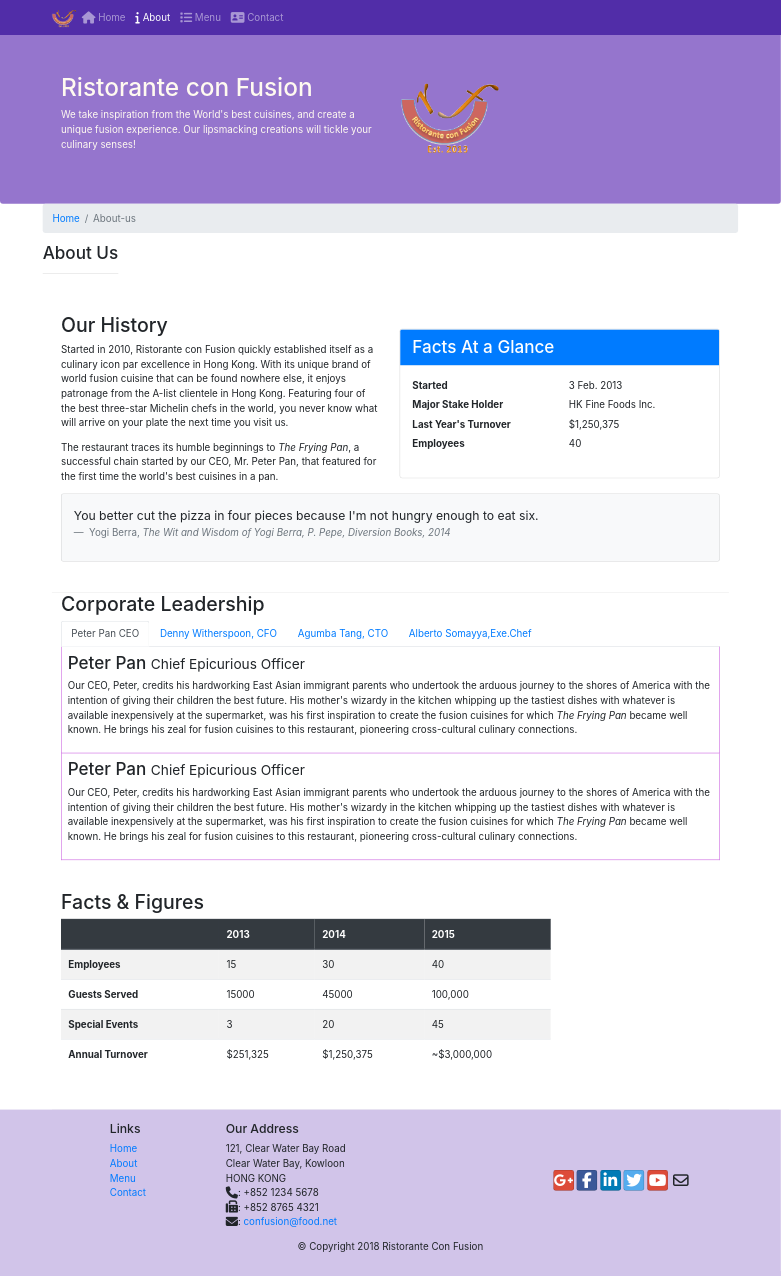
Repository: Samkiroko/Boostrap_intro
Page: about-us.html
The author's editor kept a copy of each file at every save. The page is drawn from the files as they stood at one save, then again after the next save.
The browser window is 1280 px wide. The pictures show the whole page, at 61% of full size.
Some web libraries are served in a nearby version.

Above is the page before, as saved 2020-02-05 11:16:02.

### about-us.html
<!DOCTYPE html>
<html lang="en">
  <head>
    <!-- Required meta tags -->
    <meta charset="utf-8" />
    <meta
      name="viewport"
      content="width=device-width, initial-scale=1, shrink-to-fit=no"
    />

    <!-- Bootstrap CSS -->
    <link
      rel="stylesheet"
      href="https://stackpath.bootstrapcdn.com/bootstrap/4.4.1/css/bootstrap.min.css"
      integrity="sha384-Vkoo8x4CGsO3+Hhxv8T/Q5PaXtkKtu6ug5TOeNV6gBiFeWPGFN9MuhOf23Q9Ifjh"
      crossorigin="anonymous"
    />
    <link rel="stylesheet" href="css/bootstrap-social.css" />
    <link
      rel="stylesheet"
      href="node_modules/font-awesome/css/font-awesome.min.css"
    />
    <link
      rel="stylesheet"
      href="node_modules/bootstrap-social/bootstrap-social.css"
    />
    <link rel="stylesheet" href="css/style.css" />
    <title>Ristorante Con Fusion</title>
  </head>

  <body>
    <nav class="navbar navbar-dark navbar-expand-sm  fixed-top">
      <div class="container">
        <button
          class="navbar-toggler"
          type="button"
          data-toggle="collapse"
          data-target="#Navbar"
        >
          <span class="navbar-toggler-icon"></span>
        </button>
        <a href="#" class="navbar-brand mr-auto"
          ><img src="img/logo.png" height="30" width="41" alt=""
        /></a>
        <div class="collapse navbar-collapse" id="Navbar">
          <ul class="navbar-nav mr-auto">
            <li class="nav-item">
              <a class="nav-link" href="./index.html"
                ><span class="fa fa-home fa-lg"></span> Home</a
              >
            </li>
            <li class="nav-item active">
              <a class="nav-link" href="#"
                ><span class="fa fa-info fa-lg"></span> About</a
              >
            </li>
            <li class="nav-item">
              <a class="nav-link" href="#"
                ><span class="fa fa-list fa-lg"></span> Menu</a
              >
            </li>
            <li class="nav-item">
              <a class="nav-link" href="/contactus.html"
                ><span class="fa fa-address-card fa-lg"></span> Contact</a
              >
            </li>
          </ul>
        </div>
      </div>
    </nav>
    <header class="jumbotron">
      <div class="container">
        <div class="row row-header">
          <div class="col-12 col-sm-6">
            <h1>Ristorante con Fusion</h1>
            <p>
              We take inspiration from the World's best cuisines, and create a
              unique fusion experience. Our lipsmacking creations will tickle
              your culinary senses!
            </p>
          </div>
          <div class="col-12 col-sm align-self-center">
            <img src="img/logo.png" alt="Ristorante logo" class="img-fluid" />
          </div>
        </div>
      </div>
    </header>

    <div class="container">
      <div class="row">
        <ol class="col-12 breadcrumb">
          <li class="breadcrumb-item"><a href="/index.html">Home</a></li>
          <li class="breadcrumb-item active">About-us</li>
        </ol>
        <div>
          <h3>About Us</h3>
          <hr />
        </div>
      </div>

      <div class="row row-content align-items-center">
        <div class="col-12 col-sm-6">
          <h2>Our History</h2>
          <p>
            Started in 2010, Ristorante con Fusion quickly established itself as
            a culinary icon par excellence in Hong Kong. With its unique brand
            of world fusion cuisine that can be found nowhere else, it enjoys
            patronage from the A-list clientele in Hong Kong. Featuring four of
            the best three-star Michelin chefs in the world, you never know what
            will arrive on your plate the next time you visit us.
          </p>
          <p>
            The restaurant traces its humble beginnings to
            <em>The Frying Pan</em>, a successful chain started by our CEO, Mr.
            Peter Pan, that featured for the first time the world's best
            cuisines in a pan.
          </p>
        </div>
        <div class="col-12 col-sm-6">
          <div class="card">
            <h3 class="card-header bg-primary text-white">Facts At a Glance</h3>
            <div class="card-body">
              <dl class="row">
                <dt class="col-6">Started</dt>
                <dd class="col-6">3 Feb. 2013</dd>
                <dt class="col-6">Major Stake Holder</dt>
                <dd class="col-6">HK Fine Foods Inc.</dd>
                <dt class="col-6">Last Year's Turnover</dt>
                <dd class="col-6">$1,250,375</dd>
                <dt class="col-6">Employees</dt>
                <dd class="col-6">40</dd>
              </dl>
            </div>
          </div>
        </div>
        <div class="col-12">
          <div class="card card-body bg-light">
            <blockquote class="blockquote">
              <p class="mb-0">
                You better cut the pizza in four pieces because I'm not hungry
                enough to eat six.
              </p>
              <footer class="blockquote-footer">
                Yogi Berra,
                <cite title="Source Title"
                  >The Wit and Wisdom of Yogi Berra, P. Pepe, Diversion Books,
                  2014</cite
                >
              </footer>
            </blockquote>
          </div>
        </div>
      </div>

      <div class="col">
        <div>
          <h2>Corporate Leadership</h2>
          <ul class="nav nav-tabs">
            <li class="nav-item">
              <a
                href="#peter"
                class="nav-link active"
                role="tab"
                data-toggle="tab"
              >
                Peter Pan CEO
              </a>
            </li>
            <li class="nav-item">
              <a href="#danny" class="nav-link" role="tab" data-toggle="tab">
                Denny Witherspoon, CFO
              </a>
            </li>
            <li class="nav-item">
              <a href="#agumba" class="nav-link " role="tab" data-toggle="tab">
                Agumba Tang, CTO
              </a>
            </li>
            <li class="nav-item">
              <a href="#alberto" class="nav-link " role="tab" data-toggle="tab">
                Alberto Somayya,Exe.Chef
              </a>
            </li>
          </ul>
          <div class="tab-content">
            <div role="tabpanel" class="tab-pane fade show active" id="peter">
              <h3>Peter Pan <small>Chief Epicurious Officer</small></h3>
              <p class="d-none d-sm-block">
                Our CEO, Peter, credits his hardworking East Asian immigrant
                parents who undertook the arduous journey to the shores of
                America with the intention of giving their children the best
                future. His mother's wizardy in the kitchen whipping up the
                tastiest dishes with whatever is available inexpensively at the
                supermarket, was his first inspiration to create the fusion
                cuisines for which
                <em>The Frying Pan</em> became well known. He brings his zeal
                for fusion cuisines to this restaurant, pioneering
                cross-cultural culinary connections.
              </p>
            </div>
            <div role="tabpanel" class="tab-pane fade show " id="danny">
              <h3>
                Dhanasekaran Witherspoon <small>Chief Food Officer</small>
              </h3>
              <p class="d-none d-sm-block">
                Our CFO, Danny, as he is affectionately referred to by his
                colleagues, comes from a long established family tradition in
                farming and produce. His experiences growing up on a farm in the
                Australian outback gave him great appreciation for varieties of
                food sources. As he puts it in his own words,
                <em
                  >Everything that runs, wins, and everything that stays,
                  pays!</em
                >
              </p>
            </div>
            <div role="tabpanel" class="tab-pane fade show " id="agumba">
              <h3>Agumbe Tang <small>Chief Taste Officer</small></h3>
              <p class="d-none d-sm-block">
                Blessed with the most discerning gustatory sense, Agumbe, our
                CTO, personally ensures that every dish that we serve meets his
                exacting tastes. Our chefs dread the tongue lashing that ensues
                if their dish does not meet his exacting standards. He lives by
                his motto,
                <em>You click only if you survive my lick.</em>
              </p>
            </div>
            <div role="tabpanel" class="tab-pane fade show " id="alberto">
              <h3>Alberto Somayya <small>Executive Chef</small></h3>
              <p class="d-none d-sm-block">
                Award winning three-star Michelin chef with wide International
                experience having worked closely with whos-who in the culinary
                world, he specializes in creating mouthwatering Indo-Italian
                fusion experiences. He says,
                <em
                  >Put together the cuisines from the two craziest cultures, and
                  you get a winning hit! Amma Mia!</em
                >
              </p>
            </div>
          </div>
          <div class="tab-content">
            <div role="tabpanel" class="tab-pane fade show active" id="peter">
              <h3>Peter Pan <small>Chief Epicurious Officer</small></h3>
              <p class="d-none d-sm-block">
                Our CEO, Peter, credits his hardworking East Asian immigrant
                parents who undertook the arduous journey to the shores of
                America with the intention of giving their children the best
                future. His mother's wizardy in the kitchen whipping up the
                tastiest dishes with whatever is available inexpensively at the
                supermarket, was his first inspiration to create the fusion
                cuisines for which
                <em>The Frying Pan</em> became well known. He brings his zeal
                for fusion cuisines to this restaurant, pioneering
                cross-cultural culinary connections.
              </p>
            </div>
            <div role="tabpanel" class="tab-pane fade show " id="danny">
              <h3>
                Dhanasekaran Witherspoon <small>Chief Food Officer</small>
              </h3>
              <p class="d-none d-sm-block">
                Our CFO, Danny, as he is affectionately referred to by his
                colleagues, comes from a long established family tradition in
                farming and produce. His experiences growing up on a farm in the
                Australian outback gave him great appreciation for varieties of
                food sources. As he puts it in his own words,
                <em
                  >Everything that runs, wins, and everything that stays,
                  pays!</em
                >
              </p>
            </div>
            <div role="tabpanel" class="tab-pane fade show " id="agumba">
              <h3>Agumbe Tang <small>Chief Taste Officer</small></h3>
              <p class="d-none d-sm-block">
                Blessed with the most discerning gustatory sense, Agumbe, our
                CTO, personally ensures that every dish that we serve meets his
                exacting tastes. Our chefs dread the tongue lashing that ensues
                if their dish does not meet his exacting standards. He lives by
                his motto,
                <em>You click only if you survive my lick.</em>
              </p>
            </div>
            <div role="tabpanel" class="tab-pane fade show " id="alberto">
              <h3>Alberto Somayya <small>Executive Chef</small></h3>
              <p class="d-none d-sm-block">
                Award winning three-star Michelin chef with wide International
                experience having worked closely with whos-who in the culinary
                world, he specializes in creating mouthwatering Indo-Italian
                fusion experiences. He says,
                <em
                  >Put together the cuisines from the two craziest cultures, and
                  you get a winning hit! Amma Mia!</em
                >
              </p>
            </div>
          </div>
        </div>
      </div>
      <div class="row row-content">
        <div class="col-12 col-sm-9">
          <h2>Facts &amp; Figures</h2>
          <div class="table-responsive">
            <table class="table table-striped">
              <thead class="thead-dark">
                <tr>
                  <th>&nbsp;</th>
                  <th>2013</th>
                  <th>2014</th>
                  <th>2015</th>
                </tr>
              </thead>
              <tbody>
                <tr>
                  <th>Employees</th>
                  <td>15</td>
                  <td>30</td>
                  <td>40</td>
                </tr>
                <tr>
                  <th>Guests Served</th>
                  <td>15000</td>
                  <td>45000</td>
                  <td>100,000</td>
                </tr>
                <tr>
                  <th>Special Events</th>
                  <td>3</td>
                  <td>20</td>
                  <td>45</td>
                </tr>
                <tr>
                  <th>Annual Turnover</th>
                  <td>$251,325</td>
                  <td>$1,250,375</td>
                  <td>~$3,000,000</td>
                </tr>
              </tbody>
            </table>
          </div>
        </div>
        <div class="col-12 colsm3"></div>
      </div>
    </div>

    <footer class="footer">
      <div class="container">
        <div class="row">
          <div class="col-4 offset-1 col-sm-2">
            <h5>Links</h5>
            <ul class="list-unstyled">
              <li><a href="/index.html">Home</a></li>
              <li><a href="/about-us.html">About</a></li>
              <li><a href="#">Menu</a></li>
              <li><a href="#">Contact</a></li>
            </ul>
          </div>
          <div class="col-7 col-sm-5">
            <h5>Our Address</h5>
            <address>
              121, Clear Water Bay Road<br />
              Clear Water Bay, Kowloon<br />
              HONG KONG<br />
              <i class="fa fa-phone fa-lg"></i>: +852 1234 5678<br />
              <i class="fa fa-fax fa-lg"></i>: +852 8765 4321<br />
              <i class="fa fa-envelope fa-lg"></i>:
              <a href="mailto:confusion@food.net">confusion@food.net</a>
            </address>
          </div>
          <div class="col-12 col-sm-4 align-self-center">
            <div class="text-center">
              <div class="text-center">
                <a
                  class="btn btn-social-icon btn-google"
                  href="http://google.com/+"
                  ><i class="fa fa-google-plus"></i
                ></a>
                <a
                  class="btn btn-social-icon btn-facebook"
                  href="http://www.facebook.com/profile.php?id="
                  ><i class="fa fa-facebook"></i
                ></a>
                <a
                  class="btn btn-social-icon btn-linkedin"
                  href="http://www.linkedin.com/in/"
                  ><i class="fa fa-linkedin"></i
                ></a>
                <a
                  class="btn btn-social-icon btn-twitter"
                  href="http://twitter.com/"
                  ><i class="fa fa-twitter"></i
                ></a>
                <a
                  class="btn btn-social-icon btn-google"
                  href="http://youtube.com/"
                  ><i class="fa fa-youtube"></i
                ></a>
                <a class="btn btn-social-icon" href="mailto:"
                  ><i class="fa fa-envelope-o"></i
                ></a>
              </div>
            </div>
          </div>
        </div>
        <div class="row justify-content-center">
          <div class="col-auto">
            <p>© Copyright 2018 Ristorante Con Fusion</p>
          </div>
        </div>
      </div>
    </footer>
    <!-- Optional JavaScript -->
    <!-- jQuery first, then Popper.js, then Bootstrap JS -->
    <script
      src="https://code.jquery.com/jquery-3.4.1.slim.min.js"
      integrity="sha384-J6qa4849blE2+poT4WnyKhv5vZF5SrPo0iEjwBvKU7imGFAV0wwj1yYfoRSJoZ+n"
      crossorigin="anonymous"
    ></script>
    <script
      src="https://cdn.jsdelivr.net/npm/popper.js@1.16.0/dist/umd/popper.min.js"
      integrity="sha384-Q6E9RHvbIyZFJoft+2mJbHaEWldlvI9IOYy5n3zV9zzTtmI3UksdQRVvoxMfooAo"
      crossorigin="anonymous"
    ></script>
    <script
      src="https://stackpath.bootstrapcdn.com/bootstrap/4.4.1/js/bootstrap.min.js"
      integrity="sha384-wfSDF2E50Y2D1uUdj0O3uMBJnjuUD4Ih7YwaYd1iqfktj0Uod8GCExl3Og8ifwB6"
      crossorigin="anonymous"
    ></script>
  </body>
</html>

### css/style.css
body {
  padding: 50px 0px 0px 0px;
  z-index: 0;
}

.navbar-dark {
  background-color: #512da8;
}

.tab-content {
  border-left: 1px solid #ce6be2;
  border-right: 1px solid #ce6be2;
  border-bottom: 1px solid #ce6be2;
  padding: 10px;
}

.row-header {
  margin: 0px auto;
  padding: 0px auto;
}

.row-content {
  margin: 0px auto;
  padding: 50px 0px 50px 0px;
  border-bottom: 1px ridge;
  min-height: 400px;
}
.footer {
  background-color: #d1c4e9;
  margin: 0px auto;
  padding: 20px 0px 20px 0px;
}
.jumbotron {
  padding: 70px 30px 70px 30px;
  margin: 0px auto;
  background-color: #9575cd;
  color: floralwhite;
}
.address {
  font-size: 80%;
  margin: 0px;
  color: #0f0f0f;
}

Loaded but not shown: css/bootstrap-social.css (library)

After the next save:
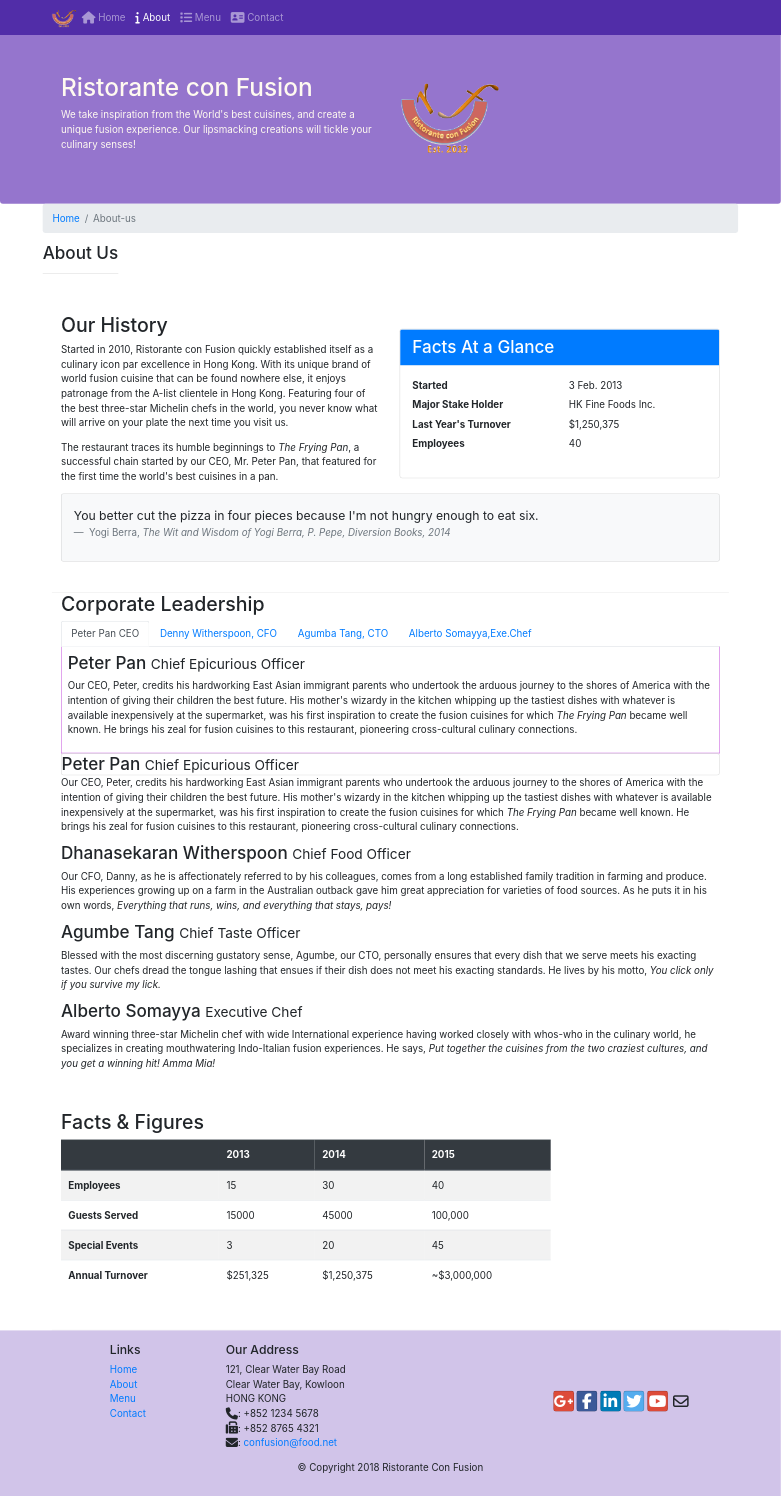
Saved 8 min 42 s later.
--- a/about-us.html
+++ b/about-us.html
@@ -239,9 +239,14 @@
               </p>
             </div>
           </div>
-          <div class="tab-content">
+          <div id="accordion">
+            <div class="card">
+              <div class="card-hearder" role="tab" id="peterhead">
+                <h3 class="mb-0"><a data-toggle="collapse" data-target="#peter" >Peter Pan <small>Chief Epicurious Officer</a></small></h3>
+              </div>
+            </div>
             <div role="tabpanel" class="tab-pane fade show active" id="peter">
-              <h3>Peter Pan <small>Chief Epicurious Officer</small></h3>
+
               <p class="d-none d-sm-block">
                 Our CEO, Peter, credits his hardworking East Asian immigrant
                 parents who undertook the arduous journey to the shores of
